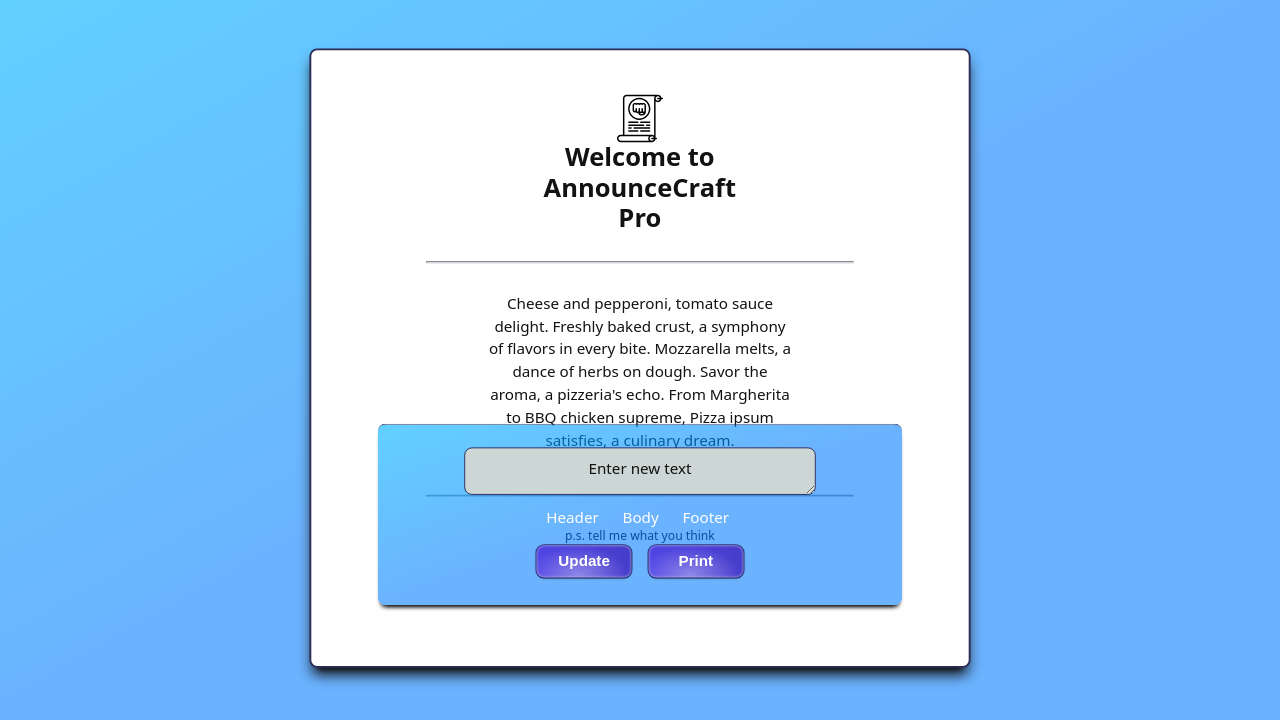
Repository: Freezler/AnnounceCraft
Page: index.html
These files come from the project's save history. The page is drawn as it stood at one moment and after the next save; the edit follows.
The browser window is 1280 px wide. The pictures show the whole page.

Above is the page before, as saved 2024-01-22 21:04:23.

### index.html
<!DOCTYPE html>
<html lang="en">

<head>
	<meta charset="UTF-8" />
	<meta name="viewport" content="width=device-width, initial-scale=1.0" />
	<title>Paper Announcement App</title>
	<link rel="stylesheet" href="style.css" />
</head>

<body>
	<section id="shopping-list">

		<div class="content">
			<svg xmlns="http://www.w3.org/2000/svg" xmlns:xlink="http://www.w3.org/1999/xlink" version="1.1" x="0"
				y="0px" viewBox="0 0 64 80" enable-background="new 0 0 64 64" xml:space="preserve">
				<g>
					<path
						d="M6,64h42c2.414,0,4.435-1.721,4.898-4H54c0.553,0,1-0.447,1-1s-0.447-1-1-1h-1V8.975C53.838,9.609,54.87,10,56,10   c2.414,0,4.435-1.721,4.898-4H62c0.553,0,1-0.447,1-1s-0.447-1-1-1h-1.102C60.435,1.721,58.414,0,56,0H14c-2.757,0-5,2.243-5,5v49   H6c-2.757,0-5,2.243-5,5S3.243,64,6,64z M48,62c-1.654,0-3-1.346-3-3s1.346-3,3-3c1.302,0,2.401,0.839,2.815,2H48   c-0.553,0-1,0.447-1,1s0.447,1,1,1h2.815C50.401,61.161,49.302,62,48,62z M58.815,4H56c-0.553,0-1,0.447-1,1s0.447,1,1,1h2.815   C58.401,7.161,57.302,8,56,8c-1.654,0-3-1.346-3-3s1.346-3,3-3C57.302,2,58.401,2.839,58.815,4z M11,5c0-1.654,1.346-3,3-3h38.025   C51.391,2.838,51,3.87,51,5v50.025C50.162,54.391,49.13,54,48,54H11V5z M6,56h38.025C43.391,56.838,43,57.87,43,59   s0.391,2.162,1.025,3H6c-1.654,0-3-1.346-3-3S4.346,56,6,56z" />
					<path
						d="M45,40.008h-4c-0.553,0-1,0.447-1,1s0.447,1,1,1h4c0.553,0,1-0.447,1-1S45.553,40.008,45,40.008z" />
					<path
						d="M17,42.008h20c0.553,0,1-0.447,1-1s-0.447-1-1-1H17c-0.553,0-1,0.447-1,1S16.447,42.008,17,42.008z" />
					<path
						d="M45,44.008H24c-0.553,0-1,0.447-1,1s0.447,1,1,1h21c0.553,0,1-0.447,1-1S45.553,44.008,45,44.008z" />
					<path
						d="M17,46.008h3c0.553,0,1-0.447,1-1s-0.447-1-1-1h-3c-0.553,0-1,0.447-1,1S16.447,46.008,17,46.008z" />
					<path
						d="M17,38.008h12c0.553,0,1-0.447,1-1s-0.447-1-1-1H17c-0.553,0-1,0.447-1,1S16.447,38.008,17,38.008z" />
					<path
						d="M45,36.008H33c-0.553,0-1,0.447-1,1s0.447,1,1,1h12c0.553,0,1-0.447,1-1S45.553,36.008,45,36.008z" />
					<path
						d="M29,48.008H17c-0.553,0-1,0.447-1,1s0.447,1,1,1h12c0.553,0,1-0.447,1-1S29.553,48.008,29,48.008z" />
					<path
						d="M45,48.008H33c-0.553,0-1,0.447-1,1s0.447,1,1,1h12c0.553,0,1-0.447,1-1S45.553,48.008,45,48.008z" />
					<path
						d="M40.001,14.006c0-1.654-1.346-3-3-3c-0.003,0-0.005,0.002-0.007,0.002c-0.703,0.001-1.389,0.19-1.993,0.545   c-1.213-0.711-2.787-0.711-4,0c-1.213-0.711-2.787-0.711-4,0c-0.604-0.354-1.29-0.544-1.993-0.545   c-0.002,0-0.004-0.002-0.007-0.002c-1.654,0-3,1.346-3,3v7.002c0,1.654,1.346,3,3,3c0.537,0,1.034-0.153,1.471-0.401   c0.532,0.84,1.464,1.402,2.529,1.402c0.36,0,0.7-0.074,1.021-0.19c-0.004,0.064-0.021,0.126-0.021,0.191c0,1.654,1.346,3,3,3h1.989   c0.004,0,0.006,0.002,0.01,0.002c2.76,0,5.006-2.246,5.006-5.006c0-0.009-0.005-0.016-0.005-0.024V14.006z M29.001,23.009   c-0.552,0-1-0.448-1-1v-3.003c0-0.553-0.447-1-1-1s-1,0.447-1,1v2.002c0,0.552-0.448,1-1,1s-1-0.448-1-1v-7.002   c0-0.551,0.447-0.998,0.997-1c0.001,0,0.002,0.001,0.003,0.001c0.485,0,0.957,0.186,1.331,0.521c0.379,0.342,0.959,0.342,1.338,0   c0.748-0.672,1.914-0.672,2.662,0c0.379,0.342,0.959,0.342,1.338,0c0.748-0.672,1.914-0.672,2.662,0   c0.189,0.171,0.43,0.257,0.669,0.257s0.479-0.086,0.669-0.257c0.374-0.336,0.846-0.521,1.331-0.521   c0.001,0,0.002-0.001,0.003-0.001c0.55,0.002,0.997,0.449,0.997,1v8.003c0,0.552-0.448,1-1,1s-1-0.448-1-1v-3.003   c0-0.553-0.447-1-1-1s-1,0.447-1,1v3.003c0,0.552-0.448,1-1,1s-1-0.448-1-1v-3.003c0-0.553-0.447-1-1-1s-1,0.447-1,1v3.003   C30.001,22.561,29.553,23.009,29.001,23.009z M35.007,26.011c-0.003,0-0.005-0.001-0.007-0.001h-1.999c-0.552,0-1-0.448-1-1   c0-0.061,0.026-0.115,0.038-0.174c0.304,0.104,0.623,0.173,0.962,0.173c0.771,0,1.468-0.301,2-0.78c0.532,0.479,1.229,0.78,2,0.78   c0.084,0,0.162-0.018,0.244-0.024C36.695,25.607,35.9,26.009,35.007,26.011z" />
					<path
						d="M31,3.998c-8.271,0-15,6.729-15,15s6.729,15,15,15s15-6.729,15-15S39.271,3.998,31,3.998z M31,31.998   c-7.168,0-13-5.832-13-13s5.832-13,13-13s13,5.832,13,13S38.168,31.998,31,31.998z" />
				</g>
			</svg>
			<h1 @click="updateSelectedType('Header'); updateSelectedText(header)">{{ header }}</h1>
			<hr>
			<p @click="updateSelectedType('Body'); updateSelectedText(body)">{{ body }}</p>
			<hr>
			<h4 @click="updateSelectedType('Footer'); updateSelectedText(footer)">{{ footer }}</h4>
		</div>
		<div class="choice-box">
			<textarea v-model="selectedText" type="text" minlength="10" maxlength="400" required
				placeholder="Enter new text"></textarea>

			<div class="radio-container">
				<input class="btn" type="radio" id="header" value="Header" v-model="selectedType"
					@change="updateTempContent">
				<label for="header">Header</label>
				<input class="btn" type="radio" id="body" value="Body" v-model="selectedType"
					@change="updateTempContent">
				<label for="body">Body</label>
				<input class="btn" type="radio" id="footer" value="Footer" v-model="selectedType"
					@change="updateTempContent">
				<label for="footer">Footer</label>
				<div class="btn-group">
					<button @click="updateText" class="btn">Update</button>
					<button @click="updateText" class="btn">Print</button>
				</div>

			</div>
		</div>
	</section>
	<script src="https://unpkg.com/vue@3"></script>
	<script src="app.js"></script>
</body>

</html>

### style.css
:root {
    --primary-color: #007bff94;
    --secondary-color: #6c757d;
    --success-color: #28a745;
    --error-color: #dc3545;
    --oxford-blue: rgb(18, 18, 18);
    --bittersweet: rgb(44, 44, 88);
    --platinum: hsla(174, 11%, 82%, 1);
    --khaki: rgb(118, 143, 230);
    --white: rgb(255, 255, 255);
    --primary: rgb(255, 0, 76);
    --secondary: rgb(0, 255, 76);
    --polkadot-pink: #e6007a;
    --polkadot-purple: #552BBF;
    --polkadot-cyan: #00b3ff9d;
    --polkadot-lime: #D3FF33;
    --polkadot-green: #56F39A;

    /* Fonts */
    --main-font: 'system-ui', -apple-system, BlinkMacSystemFont, 'Segoe UI', Roboto, Oxygen, Ubuntu, Cantarell, 'Open Sans', 'Helvetica Neue', sans-serif;
    --heading-font: 'Roboto', sans-serif;

    /* Spacing */
    --spacing-small: 8px;
    --spacing-medium: 16px;
    --spacing-large: 24px;

    /* Breakpoints */
    --tablet-breakpoint: 768px;
    --desktop-breakpoint: 1024px;

    /* Other Variables */
    --border-radius: 4px;
    --box-shadow: 0 2px 4px rgba(0, 0, 0, 0.1);
    --radius: 8px;

    /* Typography */
    --heading-font-size: 24px;
    --heading-line-height: 1.2;
    --paragraph-font-size: 16px;
    --paragraph-line-height: 1.5;
    --paragraph-max-width: 35ch;

    scale: 0.95;
}

body {
    margin: 0;
    padding: 0;
    font-family: var(--main-font);
    background-image: linear-gradient(to bottom right, var(--polkadot-cyan) 0%, var(--primary-color) 50%);
    color: var(--oxford-blue);
    text-align: center;
    height: 100vh;
    display: flex;
    flex-direction: column;
    align-items: center;

}

section {
    margin: 2rem;
    height: 90%;
    border: 2px solid var(--bittersweet);
    border-radius: var(--radius);
    padding: 0;
    max-width: 54vw;
    background-color: var(--white);
    text-align: center;
    position: absolute;
    box-shadow: 0px 10px 15px -3px var(--oxford-blue), 0px 10px 5px -9px var(--oxford-blue);

}

h1 {
    font-size: clamp(0.9rem, 2vw, 2rem);
    line-height: 1.2;

    width: 15ch;
    margin: 0 auto;
    word-wrap: pretty;
    transform: scale(1.05);
}

h1:hover {


    color: var(--bittersweet);
    transition: color 5s cubic-bezier(0.215, 0.610, 0.355, 1);
    text-align: center;

    padding: 0;
}

h4 {
    font-size: clamp(0.3rem, 2vw, 0.8rem);
    font-weight: 100;
    width: 35ch;
    vertical-align: middle;
    margin: 0 auto;
    padding-bottom: 24px;
    text-align: center;
    word-wrap: balanced;
}

p {
    font-size: clamp(0.6rem, 2vw, 1rem);
    line-height: 1.6;
    width: 35ch;
    line-height: 1.5;
    margin: 0 auto;
    padding: 0px 0px 1rem;
    text-wrap: balance;
    text-align: center;
}

hr {
    background-color: var(--bittersweet);
    width: 35vw;

    align-self: center;

}

label {
    display: block;
    color: var(--white);
}

.radio-container input[type="radio"] {
    display: none;

}

.radio-container input[type="radio"]:hover {
    background: #b984e86e;

}

.radio-container input[type="radio"]+label {
    display: inline-block;
    padding: 5px 10px;
    border-radius: var(--radius);
    margin-right: 5px;
    cursor: pointer;
}

.radio-container input[type="radio"]:checked+label {

    color: var(--white);
    text-transform: uppercase;
    background: var(--primary);
    filter: brightness(1.)
}

.content {
    display: flex;
    flex-direction: column;
    gap: clamp(1.4rem, 1vw, 2rem);
    width: 54vw;
    text-wrap: balance;
    padding: 5rem 0 4rem;
    margin-top: 1.2rem;
}

svg {
    position: absolute;
    top: 2.4rem;
    left: calc(50% - 25px);
    width: 50px;
    height: 80px;
    padding-bottom: 1rem;

}

.choice-box {
    position: absolute;
    bottom: 2rem;

    opacity: 1;

    background-image: linear-gradient(to bottom right, var(--polkadot-cyan) 0%, var(--primary-color) 50%);
    display: flex;
    flex-direction: column;
    gap: 8px;
    justify-content: center;
    align-items: center;
    break-before: always;
    left: 0rem;
    right: 0;
    padding: 0.8rem 0 0.8rem;
    border-top: 1.6px solid var(--bittersweet);
    border-radius: var(--radius);
    padding-top: 24px;
    padding-bottom: 16px;
    margin: 2rem auto;

    box-shadow: 0px 5px 5px -3px var(--oxford-blue), 0px 10px 5px -9px var(--oxford-blue);
    max-width: 80%;

    textarea {
        width: 66%;
        color: var(--oxford-blue);
        background-color: var(--platinum);
        border: 0.4px solid var(--bittersweet);
        border-radius: var(--radius);
        font-size: 16px;
        font-family: system-ui, -apple-system, BlinkMacSystemFont, 'Segoe UI', Roboto, Oxygen, Ubuntu, Cantarell, 'Open Sans', 'Helvetica Neue', sans-serif;
        margin: 0 auto;

        text-align: center;
        justify-content: baseline;
        overflow: hidden;
        outline: none;
        vertical-align: middle;

        &::placeholder {
            color: var(--oxford-blue);
            text-align: center;
            justify-content: baseline;
            padding-top: 0.5rem;
        }

        &:focus {
            border-color: var(--white);
            box-shadow: 0 0 0 0.1rem var(--primary);
            text-align: center;


        }

        &::invalid {
            background-color: var(--secondary);
        }
    }
}

/*  */

.btn:hover {
    background: var(--bittersweet);
    color: var();
    text-decoration: none;
}

.btn-group {
    display: grid;
    grid-template-columns: 1fr 1fr;
    gap: 8px;
    justify-content: center;
    place-items: center;
}


/* CSS */

.btn {
    margin: 0.8rem 0.3rem;
    padding: 8px 12px;
    border: 0;
    font-size: 16px;
    transition: all 150ms ease-in-out;
    width: 100px;
    border-radius: 8px;
    box-shadow: rgba(255, 255, 255, 0.2) 0px 1px 0px 0px inset, rgba(0, 0, 0, 0.07) 0 1px 1px, rgba(0, 0, 0, 0.07) 0 2px 2px, rgba(0, 0, 0, 0.07) 0 4px 4px;
    font-weight: 600;

    color: #fff;
    box-shadow: rgba(32, 27, 92, 0.8) 0px 0px 0px 1px, rgba(255, 255, 255, 0.7) 0 0 3px 0 inset, 0 1px 2px 0 rgba(0, 0, 0, .5);

    background-image: radial-gradient(53% 87% at 44% 90%, rgba(255, 255, 255, 0.36) 0%, transparent 100%), linear-gradient(80deg, #5044E5 0%, #463CCA 100%);
}


.btn:hover {
    background: var(--primary);
    filter: brightness(1.)
}



.btn:active {
    transform: scale(.95);
}

### app.js

const PaperAnnouncement = Vue.createApp({
    /**
     * Returns an object with header, body, footer, selectedText, selectedType, and tempContent properties.
     *
     * @return {Object} The object containing header, body, footer, selectedText, selectedType, and tempContent properties.
     */
    data() {
        return {
            header: "Welcome to AnnounceCraft Pro",
            body: "Cheese and pepperoni, tomato sauce delight. Freshly baked crust, a symphony of flavors in every bite. Mozzarella melts, a dance of herbs on dough. Savor the aroma, a pizzeria's echo. From Margherita to BBQ chicken supreme, Pizza ipsum satisfies, a culinary dream.",
            footer: "p.s. tell me what you think",
            selectedText: "",
            selectedType: "",
            tempContent: { type: "", text: "" }
        };
    },
    methods: {
        /**
         * Updates the temporary content based on the selected type and text.
         */
        updateTempContent() {
            if (this.selectedText === "") {
                this.selectedType = "";
                alert("Please enter text first");
            } else {
                if (this.selectedType !== undefined) {
                    this.tempContent.type = this.selectedType;
                }
                if (this.selectedText !== undefined) {
                    this.tempContent.text = this.selectedText;
                }
            }
        },

        /**
         * Updates the header, body, and footer based on the type and text from this.tempContent.
         */
        updateText() {
            const { type, text } = this.tempContent;
            if (type === "Header") {
                this.header = text;
            }
            if (type === "Body") {
                this.body = text;
            }
            if (type === "Footer") {
                this.footer = text;
            }
            this.selectedType = "";
            this.selectedText = "";
        }
    }

}).mount("#shopping-list");

After the next save:
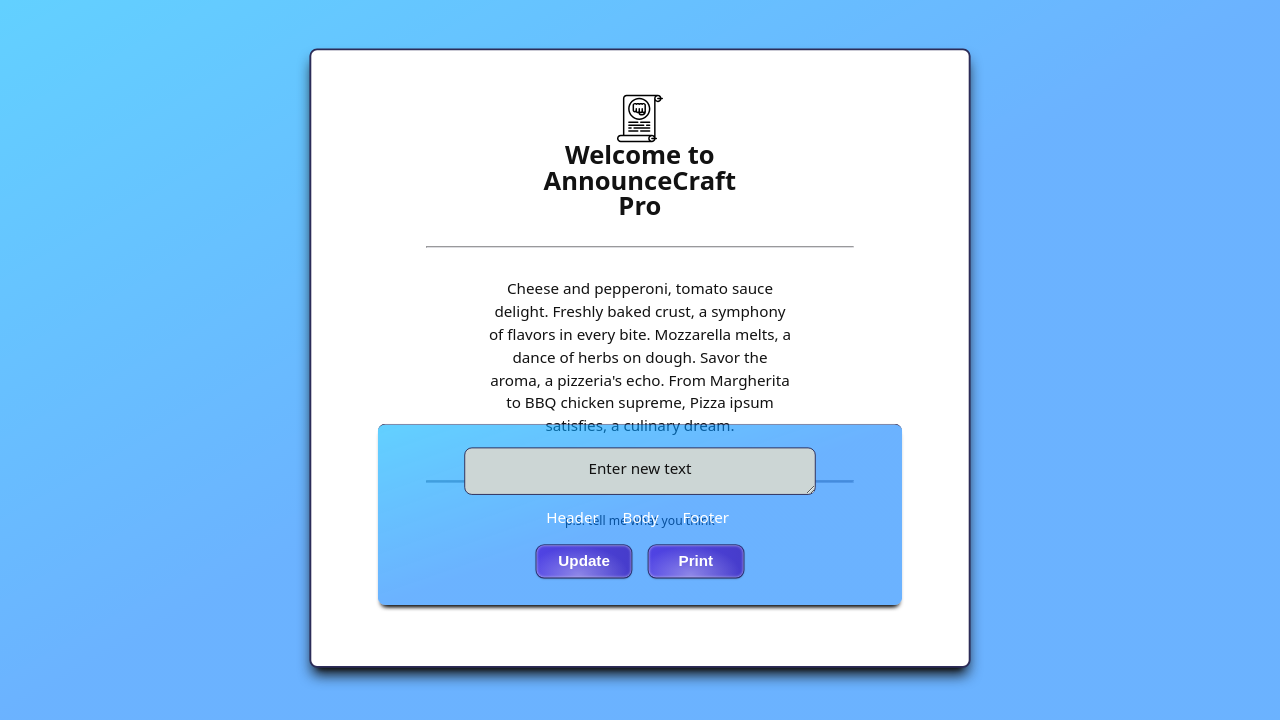
Saved 26 s later.
--- a/style.css
+++ b/style.css
@@ -74,7 +74,7 @@ section {
 
 h1 {
     font-size: clamp(0.9rem, 2vw, 2rem);
-    line-height: 1.2;
+    line-height: 1;
 
     width: 15ch;
     margin: 0 auto;
